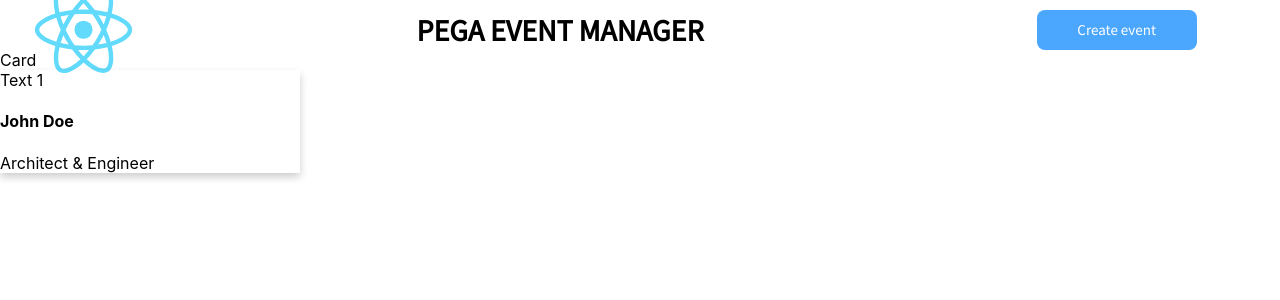
Repository: SasiVeeramachaneni/eventmanager
Page: /
An editor plug-in stored every save of this project. The page is shown before and after the next save, followed by the edit.
The browser window is 1280 px wide. The pictures show the whole page.
The project was rebuilt for these pictures with package versions that can differ from the ones it lists, and the page was loaded fresh each time.

Above is the page before, as saved 2020-08-19 14:13:15.

After the next save:
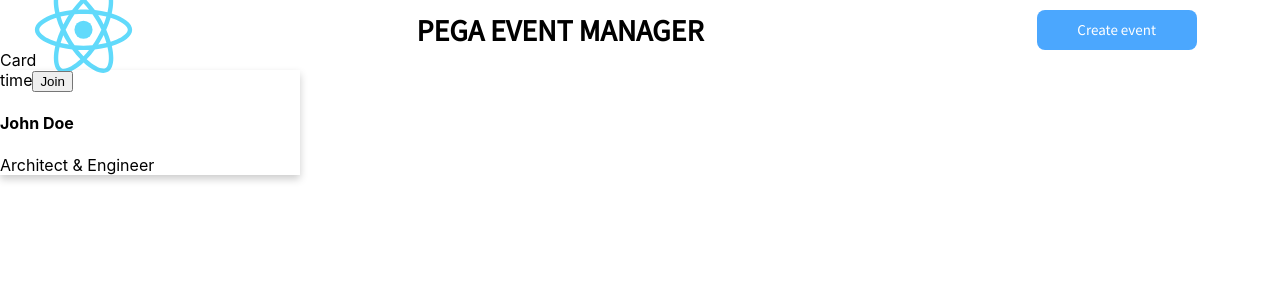
Saved 43 s later.
--- a/src/App.js
+++ b/src/App.js
@@ -14,9 +14,12 @@
       <div className="body">
         Card
         <div className="card">
-          Text 1
-            <h4><b>John Doe</b></h4>
-            <p>Architect & Engineer</p>
+          <div>
+            time
+            <button>Join</button>
+          </div>
+          <h4><b>John Doe</b></h4>
+           <p>Architect & Engineer</p>
         </div>
       </div>
 
